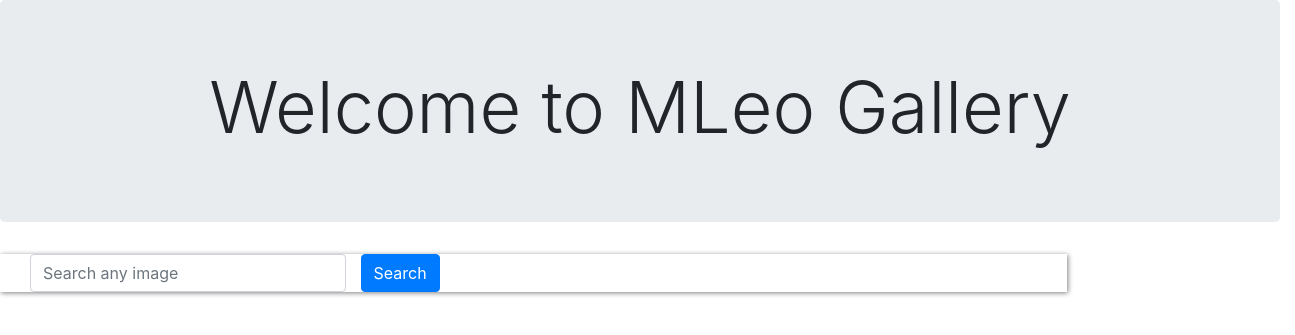
Repository: the-manohar/gallery
Page: /
These files come from the project's save history. The page is drawn as it stood at one moment and after the next save; the edit follows.
The browser window is 1280 px wide. The page is 1295 px wide, so the pictures cover 1295 px, including what lies to the right of the window. The pictures show the whole page.
The project was rebuilt for these pictures with package versions that can differ from the ones it lists, and the page was loaded fresh each time.

Above is the page before, as saved 2020-06-18 23:43:45.

After the next save:
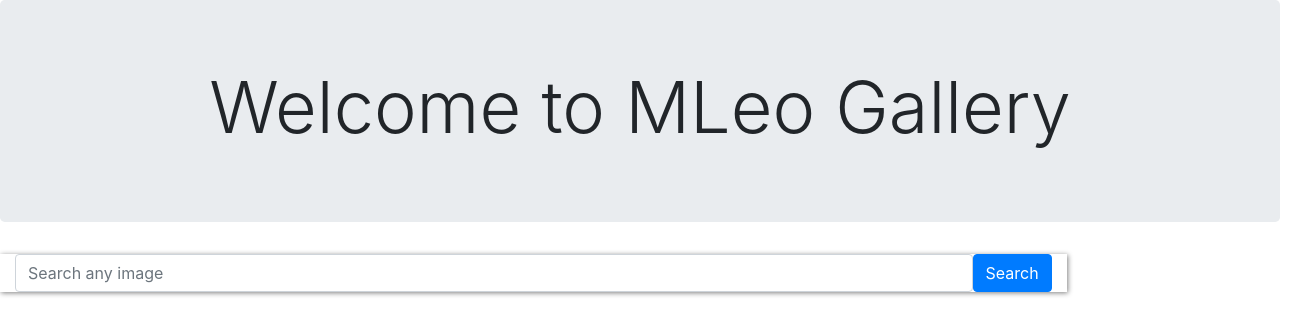
Saved 14 s later.
--- a/src/App.js
+++ b/src/App.js
@@ -22,7 +22,7 @@ function App() {
           <h1 className="display-3">Welcome to MLeo Gallery</h1>
         </Jumbotron>
         <div className="mydiv col-sm-4 col-md-10 col-xs-4">
-          <InputGroup className="col-sm-4 col-xs-4">
+          <InputGroup>
             <Input
               placeholder="Search any image"
               value={value}
